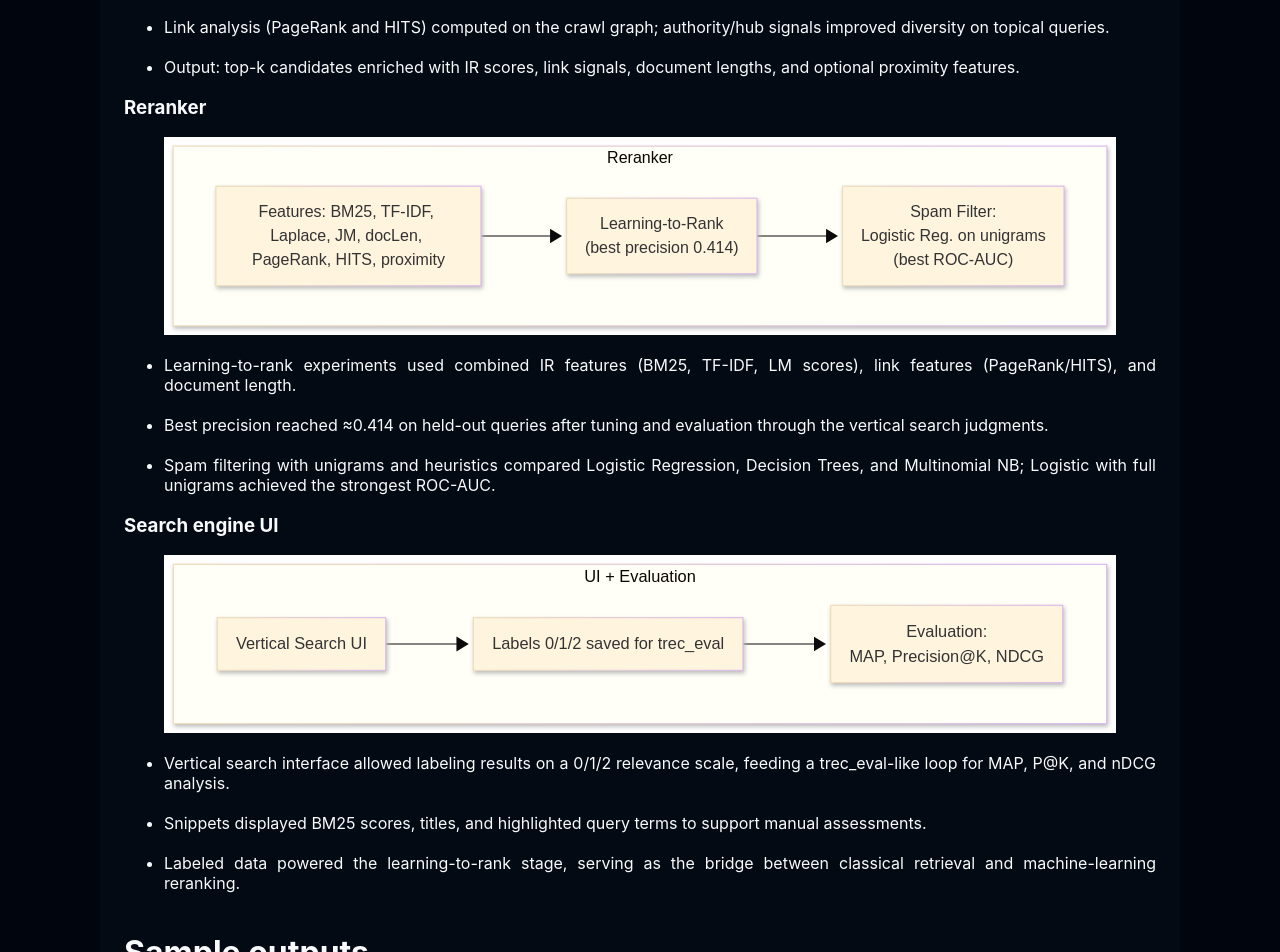
Repository: Abdulaziz-04/Abdulaziz-04.github.io
Page: deepdives/backend_systems/search_engine/search_engine.html
These files come from the project's save history. The page is drawn as it stood at one moment and after the next save; the edit follows.
The browser window is 1280 px wide. The pictures show the part of the page from y = 3229 to 4181 px (the page is 6783 px tall).
A picture or video elsewhere on the page could not be fetched, so the positions and the page height are approximate.

Above is the page before, as saved 2025-11-21 21:00:54.

### deepdives/backend_systems/search_engine/search_engine.html
<!DOCTYPE html>
<html lang="en">
  <head>
    <meta charset="UTF-8" />
    <meta name="viewport" content="width=device-width, initial-scale=1" />
    <title>Full-Stack Search Engine: Crawl, Index, Rank, and Rerank</title>
    <link rel="stylesheet" href="../../../assets/css/styles.css" />
  </head>

  <body class="project-detail-page">
    <header class="detail-hero">
      <a class="category-back" href="../../../projects/backend_systems.html">
        &larr; Back to Projects
      </a>

      <p
        class="category-pill"
        onclick="window.location.href='../../../projects/backend_systems.html'"
      >
        Backend &amp; Distributed Logic
      </p>
      <br />

      <h1>Full-Stack Search Engine: Crawl, Index, Rank, and Rerank</h1>

      <p class="detail-summary">
        <b>
          Built an end-to-end search engine over a nuclear-safety corpus: custom
          crawler, compressed inverted indexes, classic IR ranking
          (TF-IDF/BM25/LM), graph algorithms (PageRank/HITS), vertical search UI
          with manual assessments, learning-to-rank, and ML-powered spam
          filtering.
        </b>
      </p>

      <p class="detail-summary">
        Part of CS 6200 Information Retrieval course at Northeastern: starting
        with baseline ranking, adding compression and proximity search, building
        a focused crawler, applying link analysis, running a vertical search
        assessment interface, experimenting with learning-to-rank, and closing
        with ML-based spam classification.
      </p>

      <ul class="detail-meta">
        <li>
          <strong>Tech Stack:</strong>
          Python, ElasticSearch, NumPy, scikit-learn, pandas, BeautifulSoup,
          multi-threading, custom inverted index storage
        </li>
      </ul>
    </header>

    <main class="section detail-content">
      <!-- HERO IMAGE -->
      <section class="detail-section detail-hero-gif">
        <figure class="gallery-item gallery-item--wide" style="max-width: none">
          <img
            src="./images/high_level.svg"
            alt="System architecture: crawler → indexer → ranker → reranker → UI"
            style="
              display: block;
              margin: 0 auto;
              width: 100%;
              max-width: 100%;
              height: auto;
            "
          />
          <figcaption style="text-align: center">
            High-level System Architecture
          </figcaption>
        </figure>
      </section>

      <!-- QUICK INSIGHTS -->
      <section class="detail-section">
        <h2>Quick insights</h2>
        <ul class="psr-list">
          <li>
            <strong>Goal:</strong>
            Build a demonstrable, end-to-end search stack covering crawling,
            indexing, ranking, evaluation, and ML reranking.
          </li>
          <br />
          <li>
            <strong>A1 – Baseline Ranking:</strong> Implemented TF-IDF,
            Okapi-TF, BM25, and two Language Models (Laplace, Jelinek-Mercer) on
            a stemmed corpus from scratch. <br /><br />
            <b>Key metric:</b> BM25 Mean Average Precision ≈ <b>0.31</b> based
            on trec_eval.
          </li>
          <br />
          <li>
            <strong>A2 – Index Compression &amp; Proximity:</strong> Built
            compressed inverted indexes and positional lists to enable
            phrase/proximity search. <br /><br />
            <b>Key metric:</b> Compressed index size <b>67.4&nbsp;MB</b> (down
            from 187&nbsp;MB).
          </li>
          <br />
          <li>
            <strong>A3 – Focused Crawler:</strong> Multi-threaded Priority-queue
            frontier expanding based on BFS algorithm, keyword hits, and inlink
            counts with full canonicalization and politeness. <br /><br />
            <b>Key metric:</b>
            The topic of crawling was Nuclear accidents covering different
            incidents such as Hiroshima-Nagasaki, Three-mile island, Kshytm
            disaster.
            <br />
            Collected over 160,000 documents with robots.txt compliance and a
            1-second inter-request delay.
          </li>
          <br />
          <li>
            <strong>A4 – Link Analysis:</strong> Computed PageRank and HITS over
            the custom crawled dataset to add authority/hub signals for
            reranking and getting better search results. <br />
            <br />
            <b>Key metric:</b> Convergence verified via
            <b>Shannon-entropy</b> stabilization across iterations.
          </li>
          <br />
          <li>
            <strong>A5 – Vertical Search UI &amp; Labels:</strong> Built an
            assessment interface for nuclear event queries with 3-point
            relevance judgments (0/1/2). <br />
            <br />
            <b>Key metric:</b> Collected <b>graded labels</b> enabling
            trec_eval-style scoring and LTR training.
          </li>
          <br />
          <li>
            <strong>A6 – Learning-to-Rank:</strong> Trained on features from
            five IR models plus document length; evaluated on held-out queries.
            <br />
            <br />
            <b>Key metric:</b> Best test precision <b>0.414</b>.
          </li>
          <br />
          <li>
            <strong>A7 – Spam Classification:</strong> Compared manual lexicon
            features vs full unigrams using Logistic Regression, Decision Tree,
            and Multinomial NB. <br />
            <br />
            <b>Key metric:</b> Highest <b>ROC-AUC</b> with Logistic Regression
            on <b>unigrams</b>.
          </li>
        </ul>
      </section>
      <!-- SYSTEM OVERVIEW (Merged + De-duplicated) -->
      <section class="detail-section detail-overview">
        <h2>System overview</h2>
        <p>
          The system is a full retrieval pipeline built across seven assignments
          starting with traditional ranking models, adding indexing and
          proximity search, introducing a focused crawler with link analysis,
          finishing with a vertical search interface, learning-to-rank, and spam
          filtering. This section consolidates both the system architecture and
          the design choices behind each stage, structured cleanly across its
          five major components.
        </p>

        <!-- CRAWLER -->
        <h3>Crawler</h3>
        <figure class="gallery-item gallery-item--wide">
          <img src="./images/crawler.svg" alt="Focused crawler architecture" />
        </figure>
        <ul>
          <li>
            Priority-queue frontier combining BFS waves, keyword hits, and
            inlink counts to balance topical breadth with authoritative seeds.
          </li>
          <br />
          <li>
            HTML parsing and canonicalization (lowercasing, fragment/port
            stripping, path cleanup) to unify duplicate URLs.
          </li>
          <br />
          <li>
            Politeness handling via robots.txt, 1-second delays, and per-host
            guards.
          </li>
          <br />
          <li>
            Outputs include raw documents, outgoing links, and link graph
            signals used later by PageRank and HITS.
          </li>
        </ul>

        <!-- INDEXER -->
        <h3>Indexer</h3>
        <figure class="gallery-item gallery-item--wide">
          <img
            src="./images/indexer.svg"
            alt="Indexer architecture with standard and positional indexes"
          />
        </figure>
        <ul>
          <li>
            Two indexing strategies: a standard inverted index for
            BM25/TF-IDF/LM and a positional index for phrase and proximity
            search.
          </li>
          <br />
          <li>
            Preprocessing pipeline: tokenization, stopword removal, stemming,
            and term statistics for scoring models.
          </li>
          <br />
          <li>
            Compression via delta-encoding + variable-byte reduced stemmed index
            size to about 67.4 MB (from 187 MB).
          </li>
          <br />
          <li>
            Positional data enabled proximity-based ranking boosts used in the
            second-stage retrieval experiments.
          </li>
        </ul>

        <!-- RANKER -->
        <h3>Ranker</h3>
        <figure class="gallery-item gallery-item--wide">
          <img
            src="./images/ranker.svg"
            alt="Ranking stage including BM25, LM, proximity, PageRank/HITS"
          />
        </figure>
        <ul>
          <li>
            First-pass retrieval using BM25, TF-IDF, Okapi TF, and two language
            models (Laplace and Jelinek–Mercer).
          </li>
          <br />
          <li>
            BM25 produced the strongest classical baseline (MAP around 0.31 on
            the stemmed corpus).
          </li>
          <br />
          <li>
            Link analysis (PageRank and HITS) computed on the crawl graph;
            authority/hub signals improved diversity on topical queries.
          </li>
          <br />
          <li>
            Output: top-k candidates enriched with IR scores, link signals,
            document lengths, and optional proximity features.
          </li>
        </ul>

        <!-- RERANKER -->
        <h3>Reranker</h3>
        <figure class="gallery-item gallery-item--wide">
          <img
            src="./images/reranker.svg"
            alt="Learning-to-rank and spam filtering architecture"
          />
        </figure>
        <ul>
          <li>
            Learning-to-rank experiments used combined IR features (BM25,
            TF-IDF, LM scores), link features (PageRank/HITS), and document
            length.
          </li>
          <br />
          <li>
            Best precision reached ≈0.414 on held-out queries after tuning and
            evaluation through the vertical search judgments.
          </li>
          <br />
          <li>
            Spam filtering with unigrams and heuristics compared Logistic
            Regression, Decision Trees, and Multinomial NB; Logistic with full
            unigrams achieved the strongest ROC-AUC.
          </li>
        </ul>

        <!-- SEARCH UI -->
        <h3>Search engine UI</h3>
        <figure class="gallery-item gallery-item--wide">
          <img
            src="./images/ui.svg"
            alt="Search UI for nuclear-accident retrieval"
          />
        </figure>
        <ul>
          <li>
            Vertical search interface allowed labeling results on a 0/1/2
            relevance scale, feeding a trec_eval-like loop for MAP, P@K, and
            nDCG analysis.
          </li>
          <br />
          <li>
            Snippets displayed BM25 scores, titles, and highlighted query terms
            to support manual assessments.
          </li>
          <br />
          <li>
            Labeled data powered the learning-to-rank stage, serving as the
            bridge between classical retrieval and machine-learning reranking.
          </li>
        </ul>
      </section>

      <!-- RESPONSE EXAMPLES GALLERY -->
      <section class="detail-section detail-gallery">
        <h2>Sample outputs</h2>
        <div class="gallery-row gallery-row--two">
          <figure class="gallery-item">
            <a href="./images/search-results-placeholder.png" target="_blank">
              <img
                src="./images/search-results-placeholder.png"
                alt="Search results list with highlights and BM25 scores"
              />
            </a>
            <figcaption>
              BM25-ranked results with snippet highlights and scores.
            </figcaption>
          </figure>

          <figure class="gallery-item">
            <a href="./images/index-stats-placeholder.png" target="_blank">
              <img
                src="./images/index-stats-placeholder.png"
                alt="Index size comparison: compressed vs decompressed"
              />
            </a>
            <figcaption>
              Index size and proximity index metrics (67.4 MB compressed vs. 187
              MB decompressed stemmed).
            </figcaption>
          </figure>
        </div>

        <div class="gallery-row gallery-row--two">
          <figure class="gallery-item">
            <a href="./images/ltr-placeholder.png" target="_blank">
              <img
                src="./images/ltr-placeholder.png"
                alt="Learning-to-rank precision chart"
              />
            </a>
            <figcaption>
              Learning-to-rank precision curve; best test precision 0.414.
            </figcaption>
          </figure>

          <figure class="gallery-item">
            <a href="./images/spam-roc-placeholder.png" target="_blank">
              <img
                src="./images/spam-roc-placeholder.png"
                alt="ROC curve for spam classifier"
              />
            </a>
            <figcaption>
              Spam classifier ROC-AUC: Logistic with full unigrams leads.
            </figcaption>
          </figure>
        </div>
      </section>

      <!-- ARCHITECTURE & DESIGN -->
      <section class="detail-section">
        <h2>Architecture and design choices</h2>
        <p>
          Designed to showcase both IR fundamentals and practical trade-offs:
          efficiency (compression, proximity), relevance (BM25 vs LM), authority
          (PageRank/HITS), and learning-based reranking.
        </p>

        <ul>
          <li>
            <b>Index variants:</b>
            Stemmed/unstemmed, compressed/decompressed; proximity lists for
            phrase queries (proximity Average Precision: 0.2313 for stemmed and
            0.1814 for unstemmed).
          </li>
          <br />
          <li>
            <b>Candidate generation:</b>
            Heap-based top-k retrieval; doc-length normalized and cached;
            multilingual stopword handling via ElasticSearch analyzers.
          </li>
          <br />
          <li>
            <b>Link signals:</b>
            PageRank on merged crawled index; HITS hubs/authorities skewed
            toward Wikipedia for topical queries, improving diversity over
            PageRank.
          </li>
          <br />
          <li>
            <b>Assessment loop:</b>
            Vertical search UI captures 3-point relevance labels (0/1/2) per
            result; stored as space-separated text for trec_eval-style scoring.
          </li>
          <br />
          <li>
            <b>LTR features:</b>
            Five IR scores (TF-IDF, Okapi-TF, BM25, Laplace, JM) + doc length;
            per-query split via random shuffle; balanced train/test precision.
          </li>
          <br />
          <li>
            <b>Spam pipeline:</b>
            Manual spam lexicon vs. full unigrams; CountVectorizer sparse
            matrices; compared Logistic, Decision Tree, Multinomial NB; unigrams
            outperformed manual lists, highlighting feature coverage.
          </li>
        </ul>
      </section>

      <!-- EDGE CASES & ROBUSTNESS -->
      <section class="detail-section">
        <h2>Edge cases and robustness</h2>
        <p>
          Focused on correctness and resilience across crawling, parsing, and
          scoring.
        </p>

        <ul>
          <li>
            <b>Canonicalization &amp; politeness:</b>
            Lowercasing, port stripping, fragment removal, duplicate slash
            cleanup; robots.txt honored; 1s inter-request delay; single-request
            per URL guard.
          </li>
          <br />
          <li>
            <b>Frontier fairness:</b>
            Priority queue blends BFS wave number, keyword hits, and inlink
            counts to avoid topic drift and reward authoritative seeds.
          </li>
          <br />
          <li>
            <b>Query parsing:</b>
            Token normalization, length normalization; language models tuned for
            sensitivity; BM25 for stability on sparse queries.
          </li>
          <br />
          <li>
            <b>Assessment UX:</b>
            Relevance dropdown prevents empty labels; results persisted on
            submit; clickable URLs to verify content before rating.
          </li>
          <br />
          <li>
            <b>Model sanity checks:</b>
            Compared manual spam features vs. full vocab to avoid underfitting;
            monitored over/underfit via precision bounds.
          </li>
        </ul>
      </section>

      <!-- SCALING & FUTURE ENHANCEMENTS -->
      <section class="detail-section">
        <h2>Scaling and future enhancements</h2>
        <p>Ready to grow from coursework to production-grade demo.</p>

        <ul>
          <li>
            <b>Sharding &amp; cache:</b>
            Shard the index by domain/time; add postings and query result cache
            (Redis) to reduce P95 latency.
          </li>
          <br />
          <li>
            <b>Reranking depth:</b>
            Introduce XGBoost with expanded features (PageRank, HITS, click
            priors) and cross-validation over query folds.
          </li>
          <br />
          <li>
            <b>Quality signals:</b>
            Add autocomplete with prefix tries, spell correction via k-grams and
            snippet generator with positional windows.
          </li>
          <br />
          <li>
            <b>Deployment:</b>
            Containerize crawler, indexer, API, and UI; use docker-compose for a
            single-node demo; add health checks and telemetry.
          </li>
          <br />
          <li>
            <b>Spam hardening:</b>
            Add character n-grams for obfuscation, URL reputation features, and
            threshold tuning for precision/recall trade-offs.
          </li>
        </ul>
      </section>

      <!-- IMPACT & LEARNINGS -->
      <section class="detail-section detail-impact">
        <h2>Impact and learnings</h2>
        <ul>
          <li>
            <b>IR depth:</b>
            Got the opportunity to design ElasticSearch from scratch and
            hands-on with classic retrieval models, proximity, compression, and
            graph algorithms, understanding when BM25 beats LMs and how link
            signals diversify results.
          </li>
          <br />
          <li>
            <b>Evaluation mindset:</b>
            Built a full relevance loop: manual labels, trec_eval metrics,
            precision tracking, and feature-driven LTR gains.
          </li>
          <br />
          <li>
            <b>ML integration:</b>
            Combined sparse text features with traditional IR scores; compared
            manual heuristics vs. data-driven vocabularies for spam detection.
          </li>
          <br />
          <li>
            <b>Systems thinking:</b>
            From crawling politeness to storage trade-offs, every stage is
            modular and independently testable for clearer scaling paths.
          </li>
        </ul>
      </section>
    </main>
  </body>
</html>

Loaded but not shown: assets/css/styles.css (941 lines, source omitted)

After the next save:
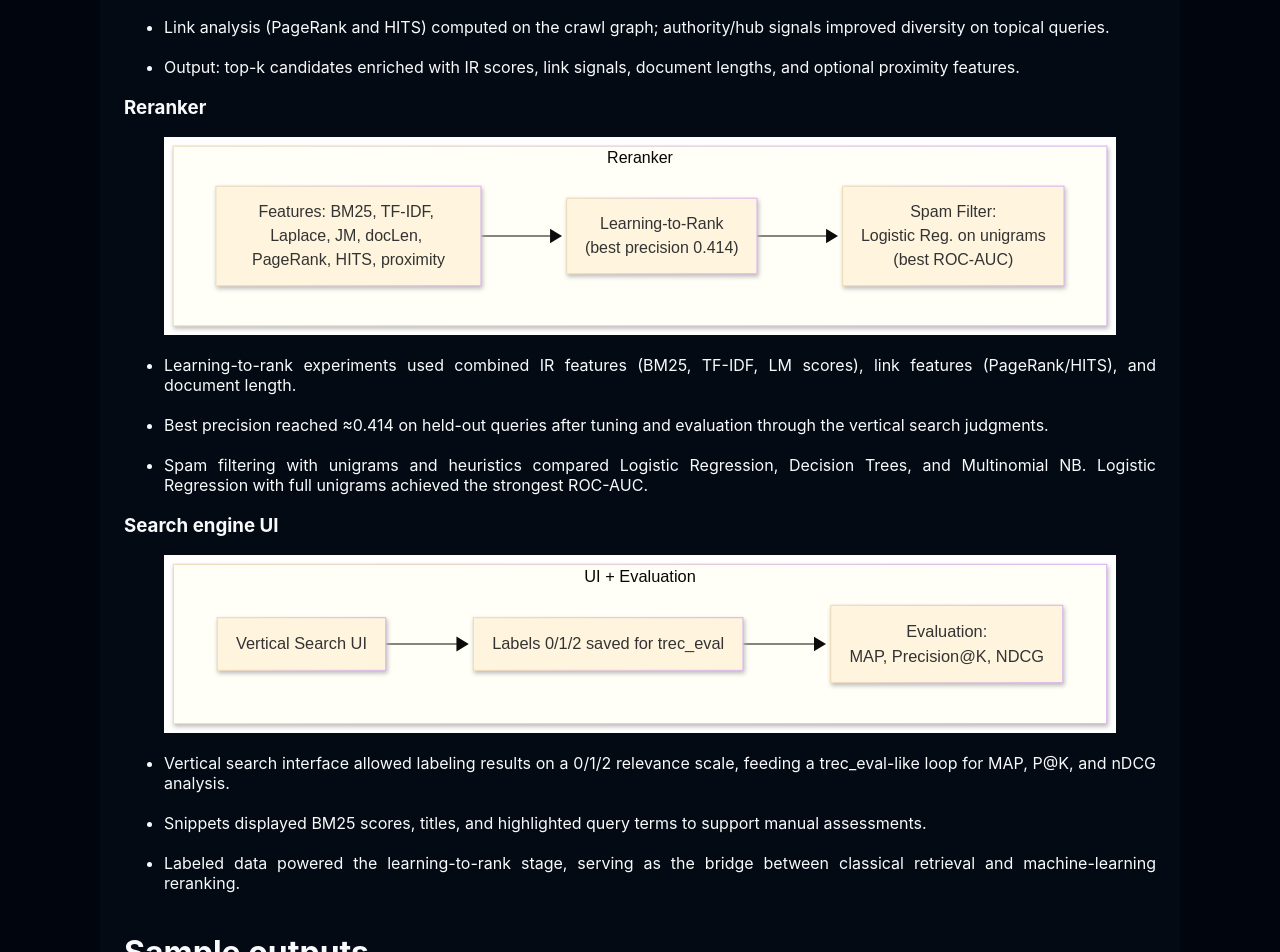
Saved 88 s later.
--- a/deepdives/backend_systems/search_engine/search_engine.html
+++ b/deepdives/backend_systems/search_engine/search_engine.html
@@ -269,8 +269,8 @@
           <br />
           <li>
             Spam filtering with unigrams and heuristics compared Logistic
-            Regression, Decision Trees, and Multinomial NB; Logistic with full
-            unigrams achieved the strongest ROC-AUC.
+            Regression, Decision Trees, and Multinomial NB. Logistic Regression
+            with full unigrams achieved the strongest ROC-AUC.
           </li>
         </ul>
 
